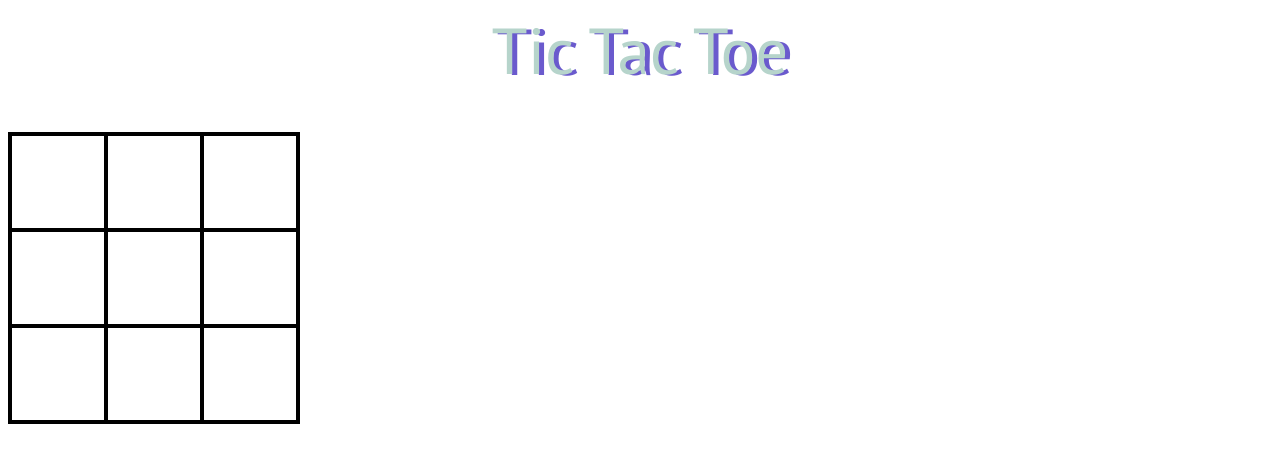
Repository: chin9/TicTacToe
Page: index.html
An editor plug-in stored every save of this project. The page is shown before and after the next save, followed by the edit.
The browser window is 1280 px wide. The pictures show the whole page.

Above is the page before, as saved 2021-05-12 13:47:04.

After the next save:
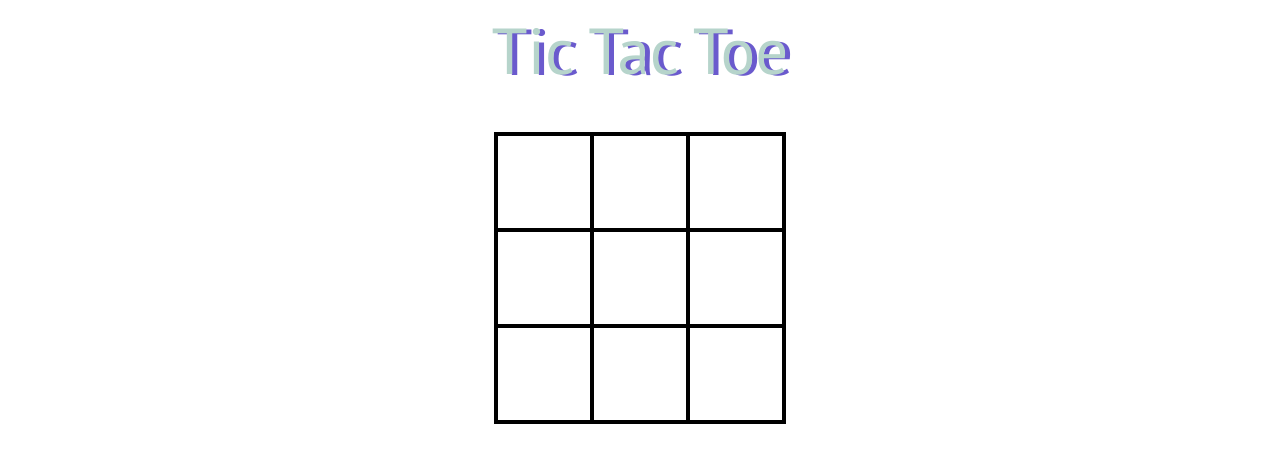
Saved 92 s later.
--- a/style.css
+++ b/style.css
@@ -12,8 +12,7 @@ header{
 body{
     display: flex;
     flex-direction: column;
-    justify-content: center;
-    align-content: center;
+    align-items: center;
 
 }
 
